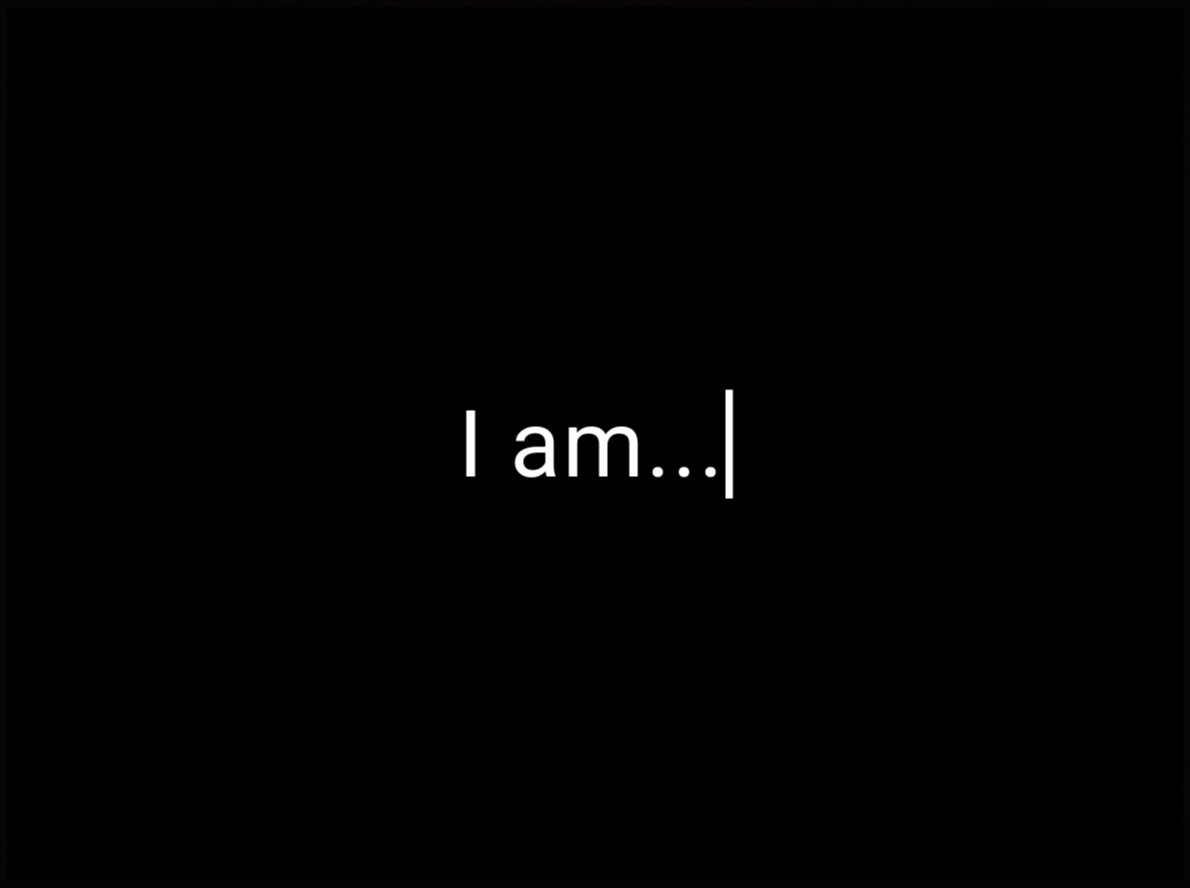
Repository: meywenz/mysite
Page: index.html
These files come from the project's save history. The page is drawn as it stood at one moment and after the next save; the edit follows.
The browser window is 1280 px wide. The pictures show the whole page, at 93% of full size.

Above is the page before, as saved 2021-04-11 12:07:19.

### index.html
<html lang="en">
<head>
<meta charset="UTF-8">
<meta name="viewport" content="width=device-width, initial-scale=1.0">
<link rel="stylesheet" href="styles.css">
<style>
        @import url('https://fonts.googleapis.com/css2?family=Roboto:ital@0;1&display=swap');
        @import url('https://fonts.googleapis.com/css2?family=Righteous&display=swap');
    </style>
<link href="https://fonts.googleapis.com/css2?family=Righteous&display=swap" rel="stylesheet">
<link rel="preconnect" href="https://fonts.gstatic.com">
<script src="typewriter.js"></script>
<title>Meywenz</title>
</head>
<body>
<!--
    <div class="container"> -->
        <!-- <video autoplay loop  class="vid">
            <source src="assets/fire.mov" type="video/mov">
        </video> -->
<!-- Profile picture-->
<img src="assets/image.jpg" alt="profile picture" class="profile-picture">
<!-- Profile name-->

<div class="hi">
    <a href="" class="typewrite" data-period="2000" data-type='[ "Hi.", "I am..."]'>
      <span class="wrap"></span>
    </a>
  </div>

<div class="profile-name">
    <img src="assets/meywenzlogo4.png" alt="Meywenz" class="logo-top">
</div>
<div class="bio">Your new favourite music producer.</div>
<!-- Links-->
<div class = "container_links">
    <div class="spotify"><a href="https://open.spotify.com/artist/48RV6cBeaOZcSaCCM6LlSH" class="links" id="left">SPOTIFY</a></div>
<div class="spotify"><a href="https://www.soundcloud.com/meywenz" class="links" id="right">SOUNDCLOUD</a></div>
<div class="spotify"><a href="https://www.instagram.com/meywenz/" class="links" id="left">INSTAGRAM</a></div>
<div class="spotify"><a href="https://www.facebook.com/meywenzmusic" class="links" id="right">FACEBOOK</a></div>
<div class="spotify"><a href="https://www.tidal.com/browse/artist/10154352" class="links"id="left">TIDAL</a></div>
<div class="spotify"><a href="https://www.music.youtube.com/channel/UCvvyjrYmoi0XRr_djBMh6Aw" class="links"id="right">YOUTUBE MUSIC</a></div>
    </div>
<!-- Logo -->
<div class="bottom-text">Made by <img src="assets/meywenzlogo4.png" alt="Meywenz" class="logo-bottom"> </div>
</div>
</body>
</html>

### styles.css
@import url("https://fonts.googleapis.com/css2?family=Roboto:ital@0;1&display=swap");

* {
  font-family: "Roboto", "Open Sans";
}

body {
  background: linear-gradient(rgba(0, 0, 0, 0.8), rgba(0, 0, 0, 0.8)),
    url("./assets/bgc2.jpg");
  background-position: center top;
  background-size: 100% auto;
  background-repeat: no-repeat;
  backdrop-filter: blur(10px);
  -webkit-backdrop-filter: blur(10px);
  color: #fff;
  font-family: "Roboto", "Open Sans";
  font-size: 15px;
  letter-spacing: 2px;
  color: #fff;
  overflow: hidden;
  background-size: cover;
  animation: fadeInFromNone 1s ease-out both;
}

img {
  border-radius: 50%;
}
.profile-picture {
  display: block;
  margin-left: auto;
  margin-right: auto;
  /* margin-top: 10%; */
  height: auto;
  max-width: 150px;
  animation-name: imageY, fadeInFromNone;
  animation-duration: 2s;
  opacity: 0;
  animation-delay: 6s;
  animation-fill-mode: forwards;

  /* opacity: 0;

  animation: fadeIn, imageY 3s;
  animation-delay: s;
  animation-fill-mode: forwards; */
}
.profile-name {
  font-family: "Roboto", sans-serif;
  text-align: center;
  padding: 30px;
  font-size: 1.5rem;
}
.bio {
  text-align: center;
  padding: 30px;
  animation-name: imageY2, fadeInFromNone;
  animation-duration: 3s;
  opacity: 0;
  animation-delay: 8s;
  animation-fill-mode: forwards;
}
/* .container_links{
  animation-name: fadeInFromNone;
  animation-duration: 3s;
  opacity: 0;
  animation-delay: 7s;
  animation-fill-mode: forwards;

} */

.links {
  text-align: center;
  padding: 20px;
  border: 1px solid rgb(110, 110, 110);
  border-width: 2px;
  width: 290px;
  display: block;
  margin: 20px auto 0;
  border-radius: 15px;
  animation: fadeInFromNone 10s ease-out both;
}

#left {
  animation: linksX 1s ease-out both;
  animation-delay: 9s;
}

#right {
  animation: linksX2 1s ease-out both;
  animation-delay: 9s;
}

.spotify {
  animation: fadeInFromNone 7s;
  opacity: 0;
  animation-delay: 9s;
  animation-fill-mode: forwards;
}
/* .container_links{
  animation-name: fadeInFromNone;
  animation-duration: 3s;
  opacity: 0;
  animation-delay: 7s;
  animation-fill-mode: forwards;

} */

a {
  text-decoration: none;
  color: white;
  transition: color 1s;
}

a:hover {
  color: #000;
  background: rgba(255, 255, 255, 0.75);
  box-shadow: 0 8px 32px 0 rgba(80, 80, 80, 0.37);
  backdrop-filter: blur(4px);
  -webkit-backdrop-filter: blur(4px);
}
.links:hover {
  text-align: center;
  padding: 20px;
  border: 1px solid rgb(255, 255, 255);
  border-width: 2px;
  width: 290px;
  display: block;
  margin: 20px auto 0;
  border-radius: 15px;
  animation: fadeInFromNone 10s ease-out both;
}
.bottom-text {
  font-family: "Roboto", sans-serif;
  text-align: center;
  padding: 30px;
  font-size: 0.5rem;
  animation-name: imageY, fadeInFromNone;
  animation-duration: 10s;
  opacity: 0;
  animation-delay: 10s;
  animation-fill-mode: forwards;
}
.logo-bottom {
  max-height: 7px;
  border-radius: 5px;
  animation-name: imageY, fadeInFromNone;
  animation-duration: 10s;
  opacity: 0;
  animation-delay: 10s;
  animation-fill-mode: forwards;
}

.logo-top {
  padding: 30px;
  max-height: 80px;
  border-radius: 0px;

  animation-name: imageY2, fadeInFromNone;
  animation-duration: 4s;
  opacity: 0;
  animation-delay: 6s;
  animation-fill-mode: forwards;
}

/* .vid {
  position: absolute;
  left: 50%;
  top: 50%;
  /* The following will size the video to fit the full container. Not necessary, just nice.*/
/* min-width: 100%;
  min-height: 100%;
  -webkit-transform: translate(-50%, -50%);
  -moz-transform: translate(-50%, -50%);
  -ms-transform: translate(-50%, -50%);
  transform: translate(-50%, -50%);
  z-index: 0;
} */

.hi {
  font-family: "Righteous", cursive;
  text-align: center;
  opacity: 1;
  /* color: #fff;
  display: grid
place-items: center */
  /* display: none; Hidden by default */
  position: absolute;
  /* z-index: 100; Sit on top */
  /* padding-top: 100px; Location of the box */
  left: 0px;
  top: 0px;
  width: 100%; /* Full width */
  height: 100%; /* Full height */
  overflow: auto; /* Enable scroll if needed */
  background-color: rgb(0, 0, 0); /* Fallback color */
  /* background-color: rgba(0,0,0,0.4); Black w/ opacity */
  font-size: 100px;
  display: flex;
  justify-content: center;
  align-items: center;
  animation: fadeOutFromFull 1s ease-out both;
  animation-delay: 5s;
}

@keyframes imageY {
  from {
    transform: translateY(20%);
  }
  to {
    transform: translateY(0%);
  }
}

@keyframes imageY2 {
  from {
    transform: translateY(10%);
  }
  to {
    transform: translateY(0%);
  }
}

@keyframes linksX {
  from {
    transform: translateX(100%);
  }
  to {
    transform: translateX(0%);
  }
}
@keyframes linksX2 {
  from {
    transform: translateX(-100%);
  }
  to {
    transform: translateX(0%);
  }
}

@-webkit-keyframes fadeInFromNone {
  0% {
    opacity: 0;
  }

  1% {
    opacity: 0;
  }

  100% {
    opacity: 1;
  }
}

@-moz-keyframes fadeInFromNone {
  0% {
    opacity: 0;
  }

  1% {
    opacity: 0;
  }

  100% {
    opacity: 1;
  }
}

@-o-keyframes fadeInFromNone {
  0% {
    opacity: 0;
  }

  1% {
    opacity: 0;
  }

  100% {
    opacity: 1;
  }
}

@keyframes fadeInFromNone {
  0% {
    opacity: 0;
  }

  1% {
    opacity: 0;
  }

  100% {
    opacity: 1;
  }
}
@-webkit-keyframes fadeOutFromFull {
  0% {
    opacity: 1;
  }

  1% {
    opacity: 1;
  }

  100% {
    opacity: 0;
  }
}

@-moz-keyframes fadeOutFromFull {
  0% {
    opacity: 1;
  }

  1% {
    opacity: 1;
  }

  100% {
    opacity: 0;
  }
}

@-o-keyframes fadeOutFromFull {
  0% {
    opacity: 1;
  }

  1% {
    opacity: 1;
  }

  100% {
    opacity: 0;
  }
}

@keyframes fadeOutFromFull {
  0% {
    opacity: 1;
  }

  1% {
    opacity: 1;
  }

  100% {
    opacity: 0;
  }
}

@keyframes fadeIn {
  from {
    opacity: 0;
  }
  to {
    opacity: 1;
  }
}

@media only screen and (max-width: 600px) {
  .logo-top {
    max-width: 300px;
  }
}

### typewriter.js
var TxtType = function (el, toRotate, period) {
  this.toRotate = toRotate;
  this.el = el;
  this.loopNum = 0;
  this.period = parseInt(period, 10) || 2000;
  this.txt = "";
  this.tick();
  this.isDeleting = false;
};

TxtType.prototype.tick = function () {
  var i = this.loopNum % this.toRotate.length;
  var fullTxt = this.toRotate[i];

  if (this.isDeleting) {
    this.txt = fullTxt.substring(0, this.txt.length - 1);
  } else {
    this.txt = fullTxt.substring(0, this.txt.length + 1);
  }

  this.el.innerHTML = '<span class="wrap">' + this.txt + "</span>";

  var that = this;
  var delta = 200 - Math.random() * 100;

  if (this.isDeleting) {
    delta /= 2;
  }

  if (!this.isDeleting && this.txt === fullTxt) {
    delta = this.period;
    this.isDeleting = true;
  } else if (this.isDeleting && this.txt === "") {
    this.isDeleting = false;
    this.loopNum++;
    delta = 500;
  }

  setTimeout(function () {
    that.tick();
  }, delta);
};

window.onload = function () {
  var elements = document.getElementsByClassName("typewrite");
  for (var i = 0; i < elements.length; i++) {
    var toRotate = elements[i].getAttribute("data-type");
    var period = elements[i].getAttribute("data-period");
    if (toRotate) {
      new TxtType(elements[i], JSON.parse(toRotate), period);
    }
  }
  // INJECT CSS
  var css = document.createElement("style");
  css.type = "text/css";
  css.innerHTML = ".typewrite > .wrap { border-right: 0.08em solid #fff}";
  document.body.appendChild(css);
};

After the next save:
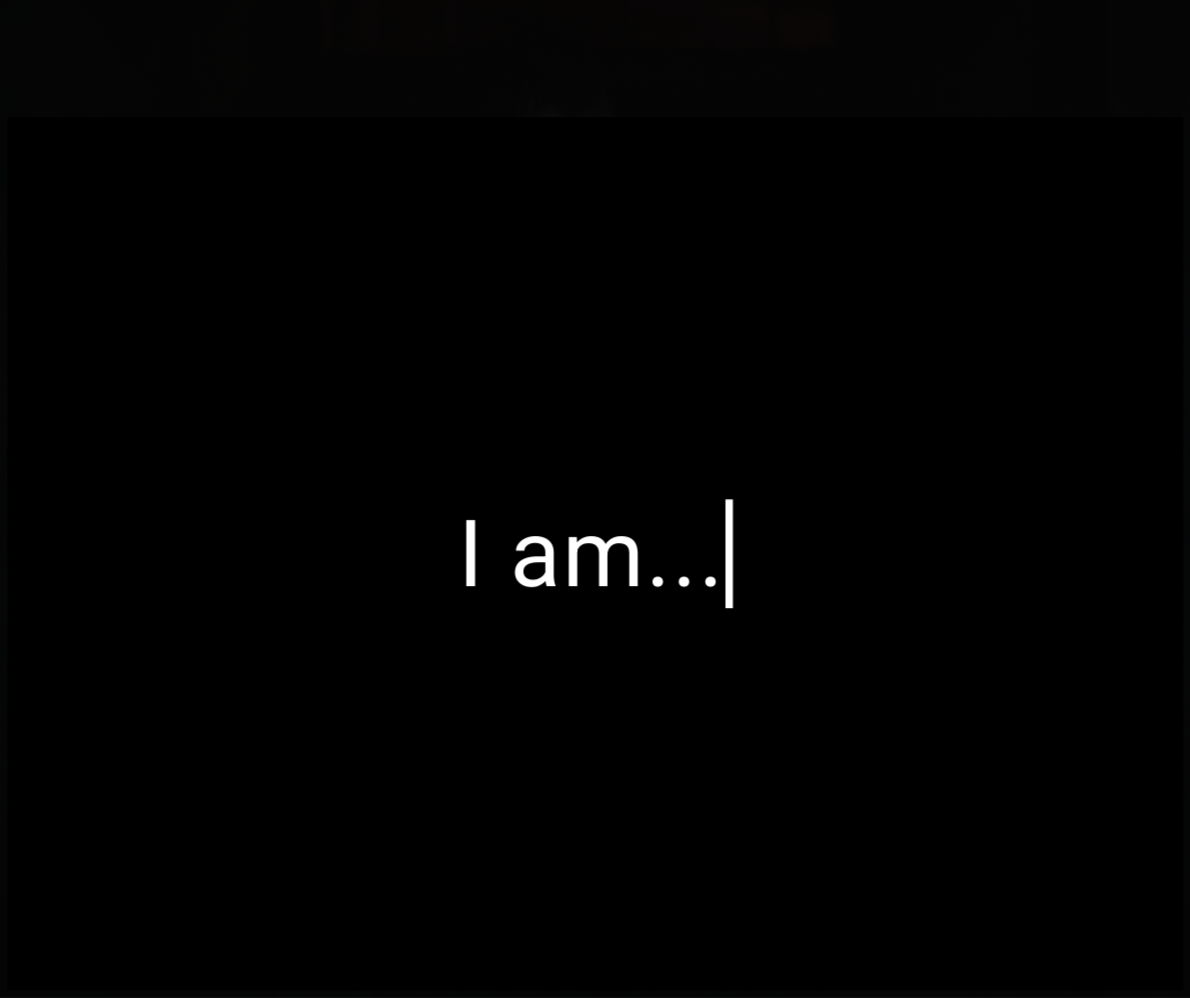
Saved 16 s later.
--- a/styles.css
+++ b/styles.css
@@ -29,7 +29,7 @@
   display: block;
   margin-left: auto;
   margin-right: auto;
-  /* margin-top: 10%; */
+  margin-top: 10%;
   height: auto;
   max-width: 150px;
   animation-name: imageY, fadeInFromNone;

After the save that followed:
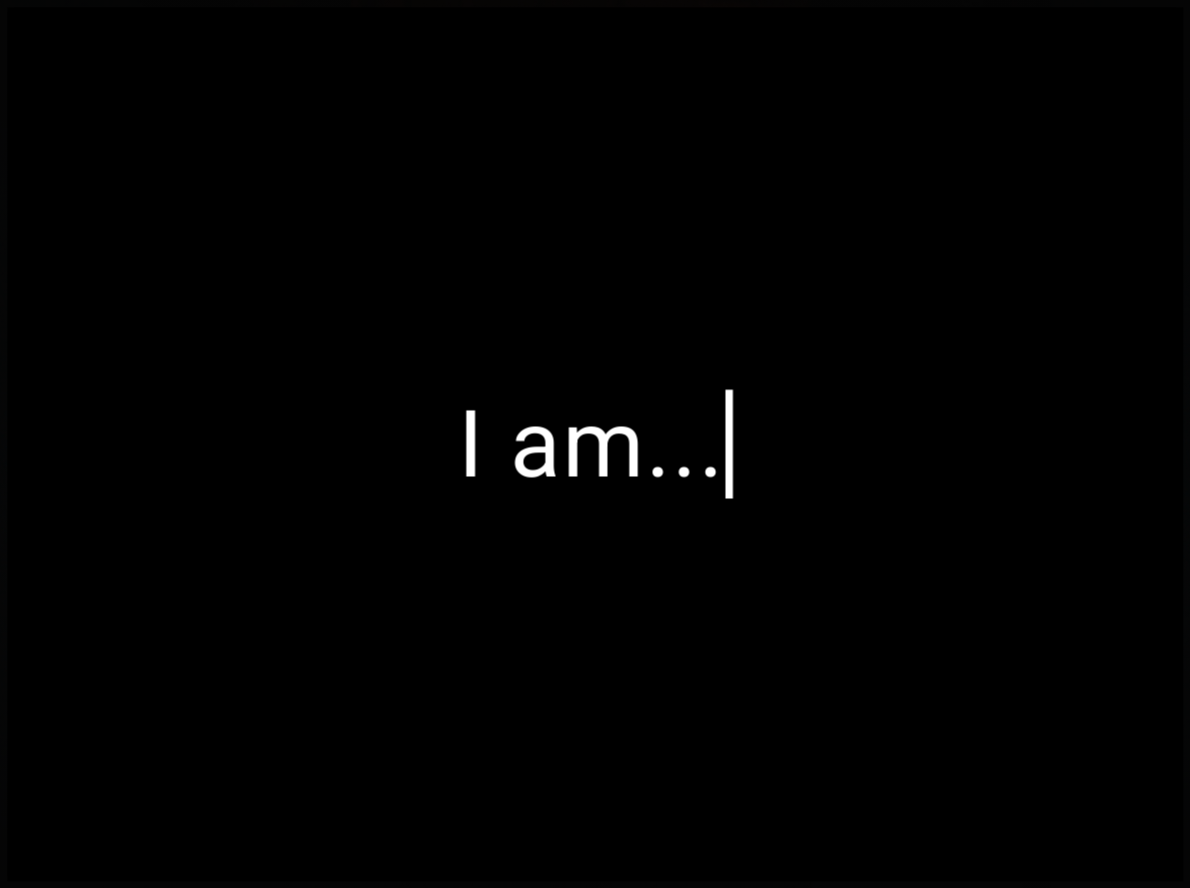
Saved 15 s later.
--- a/styles.css
+++ b/styles.css
@@ -29,7 +29,7 @@
   display: block;
   margin-left: auto;
   margin-right: auto;
-  margin-top: 10%;
+  /* margin-top: 10%; */
   height: auto;
   max-width: 150px;
   animation-name: imageY, fadeInFromNone;
